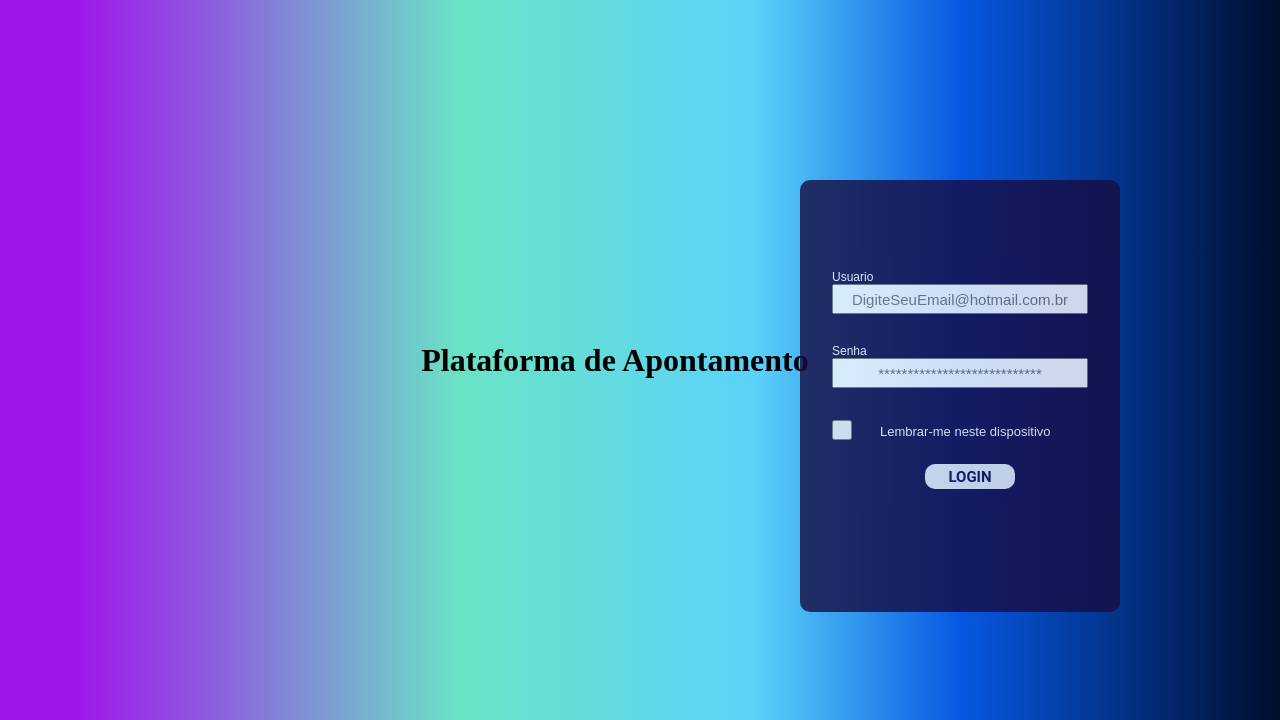
Repository: KevynMarques/Estudos-Reactjs-Firebase
Page: /
The author's editor kept a copy of each file at every save. The page is drawn from the files as they stood at one save, then again after the next save.
The browser window is 1280 px wide. The pictures show the whole page.
The page's requests for data from a server got no answer. The project was rebuilt for these pictures with package versions that can differ from the ones it lists, and the page was loaded fresh each time. No one was signed in, and anything a server would have sent is missing. Also part of the build but not shown: src/Pages/Page2.jsx.

Above is the page before, as saved 2022-08-23 14:51:48.

### public/index.html
<!DOCTYPE html>
<html lang="pt-BR">
  <head>
    <meta charset="utf-8" />
    <link rel="icon" href="%PUBLIC_URL%/favicon.ico" />
    <meta name="viewport" content="width=device-width, initial-scale=1" />
    <meta name="theme-color" content="#000000" />
    <meta
      name="description"
      content="Web site created using create-react-app"
    />
    <link rel="apple-touch-icon" href="%PUBLIC_URL%/logo192.png" />
    <!--
      manifest.json provides metadata used when your web app is installed on a
      user's mobile device or desktop. See https://developers.google.com/web/fundamentals/web-app-manifest/
    -->
    <link rel="manifest" href="%PUBLIC_URL%/manifest.json" />
    <!--
      Notice the use of %PUBLIC_URL% in the tags above.
      It will be replaced with the URL of the `public` folder during the build.
      Only files inside the `public` folder can be referenced from the HTML.

      Unlike "/favicon.ico" or "favicon.ico", "%PUBLIC_URL%/favicon.ico" will
      work correctly both with client-side routing and a non-root public URL.
      Learn how to configure a non-root public URL by running `npm run build`.
    -->
    <title>Squad</title>
  </head>
  <body>
    <noscript>You need to enable JavaScript to run this app.</noscript>
    <div id="root"></div>
    <!--
      This HTML file is a template.
      If you open it directly in the browser, you will see an empty page.

      You can add webfonts, meta tags, or analytics to this file.
      The build step will place the bundled scripts into the <body> tag.

      To begin the development, run `npm start` or `yarn start`.
      To create a production bundle, use `npm run build` or `yarn build`.
    -->
  </body>
</html>

### src/App.jsx
import React from "react";
import Router from "./Routers/router";
import { GlobalStyle } from "./GlobalStyle";



function App() {
  return (
    <>
    <GlobalStyle/>
      <Router/>
    </>
  );
}

export default App;

### src/Routers/router.jsx
import { BrowserRouter, Routes, Route } from "react-router-dom";
import { Page1 } from "../Pages/Page1";
import { Page2 } from "../Pages/Page2";



export default () => {
  return (
    <>
    <BrowserRouter >
    <Routes >
      <Route path="/" element={<Page1 />} />
      <Route path="/Page2" element={<Page2 />} />
    </Routes>
    </BrowserRouter>
    </>
  );
}

### src/GlobalStyle.jsx

import { createGlobalStyle } from 'styled-components';

export const GlobalStyle = createGlobalStyle`
 * {
   margin: 0;
   padding: 0;
   box-sizing: border-box;
 }
`;

### src/Pages/Page1.jsx
import React from "react";
import { Login } from "../Components/Login/index";


export const Page1 = ()=>{
   return(
    <Login />
   );
}

### src/Components/Login/index.jsx
import React from "react";
import { authConfig } from "../../Auth/config";
import { BoxHome, BoxLogin, ButtomLogin, InputDeLogin, Remember, TextLogin, TextRemember, TextTittle} from "./style";






export const Login =()=>{
  return (
    <BoxHome>
      <TextTittle>
        Plataforma de Apontamento
      </TextTittle>

    <BoxLogin>
       <TextLogin>Usuario</TextLogin>
       <InputDeLogin type="email" id="email" name="email" placeholder="DigiteSeuEmail@hotmail.com.br" />
       <TextLogin>Senha</TextLogin>
       <InputDeLogin type="text" id="password" name="password"  placeholder="****************************"/>
      <Remember />
      <TextRemember>Lembrar-me neste dispositivo</TextRemember>
     <ButtomLogin>
      LOGIN
     </ButtomLogin>
    </BoxLogin>
    </BoxHome>
  )
}

### src/Auth/config.jsx
import * as firebase from 'firebase/app';
import 'firebase/auth';

export const authConfig = firebase.initializeApp({
  apiKey: process.env.REACT_APP_FIREBASE_KEY,
  authDomain: process.env.REACT_APP_FIREBASE_DOMAIN,
  projectId: process.env.REACT_APP_FIREBASE_PROJECT_ID,
  storageBucket: process.env.REACT_APP_FIREBASE_STORAGE_BUCKET,
  messagingSenderId:process.env.REACT_APP_FIREBASE_SENDER_ID,
});

### src/Components/Login/style.jsx
import styled from "styled-components";

export const BoxHome = styled.div`
display: flex;
align-items: center;
justify-content: center;
background: rgb(159,22,235);
background: linear-gradient(90deg, rgba(159,22,235,1) 6%, rgba(106,228,197,1) 36%, rgba(91,210,249,1) 59%, rgba(6,88,226,1) 75%, rgba(0,13,45,1) 100%);
height: 100vh;
`;


export const TextTittle = styled.h1`
position: absolute;
margin-left: -50px;

`;

export const BoxLogin = styled.div`
  width: 25vw;
  height: 60vh;
  background-color: #170d43;
  opacity: 0.8;
  border-radius: 10px;
  margin-top: 10vh;
  margin-left: 50vw;
  display: flex;
  flex-direction: column;
  padding-top: 60px;
`;

export const InputDeLogin = styled.input`
width: 80%;
margin-left: 10%;
height: 30px;
text-align: center;
font-size: 15px;

`;

export const TextLogin = styled.label`
 color: white;
 font-family: Arial, Helvetica, sans-serif;
 font-size: 12px;
 margin-left: 10%;
 margin-top: 30px;
`;


export const Remember = styled.button`
 width: 20px;
 height: 20px;
 margin-left: 10%;
 margin-top: 10%;
 cursor: pointer;
`;

export const TextRemember = styled.label`
  color: white;
  font-family: Arial, Helvetica, sans-serif;
  font-size: 13px;
  margin-left: 25%;
  margin-top: -5%;
`;


export const ButtomLogin = styled.button`
@import url('https://fonts.googleapis.com/css2?family=Macondo&family=Roboto:wght@500&display=swap');
 width: 90px;
 height: 25px;
 border: none;
 border-radius: 10px;
 font-weight: bold;
 font-family: 'Roboto', sans-serif;
 font-size: 15px;
 color:#170d43;
 margin-left: 125px;
 margin-top: 25px;
`;

Loaded but not shown: src/index.js (common file)

After the next save:
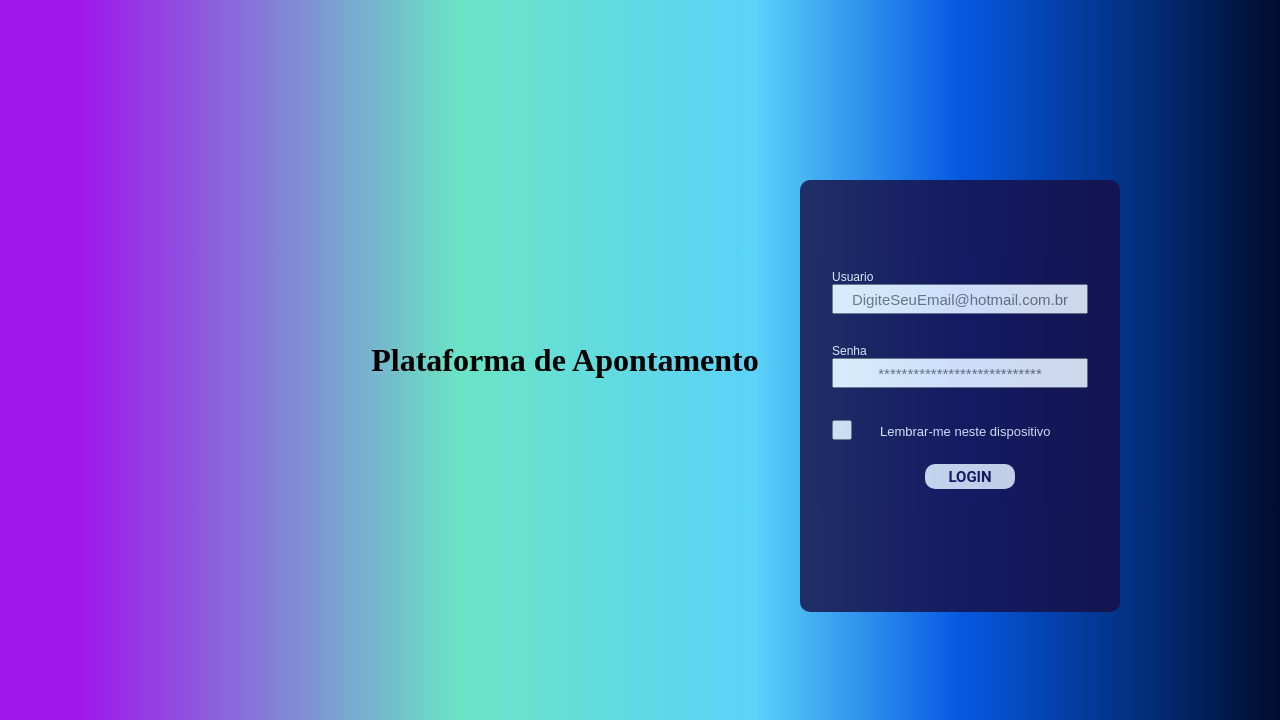
Saved 34 s later.
--- a/src/Components/Login/style.jsx
+++ b/src/Components/Login/style.jsx
@@ -12,7 +12,7 @@ height: 100vh;
 
 export const TextTittle = styled.h1`
 position: absolute;
-margin-left: -50px;
+margin-left: -150px;
 
 `;
 
